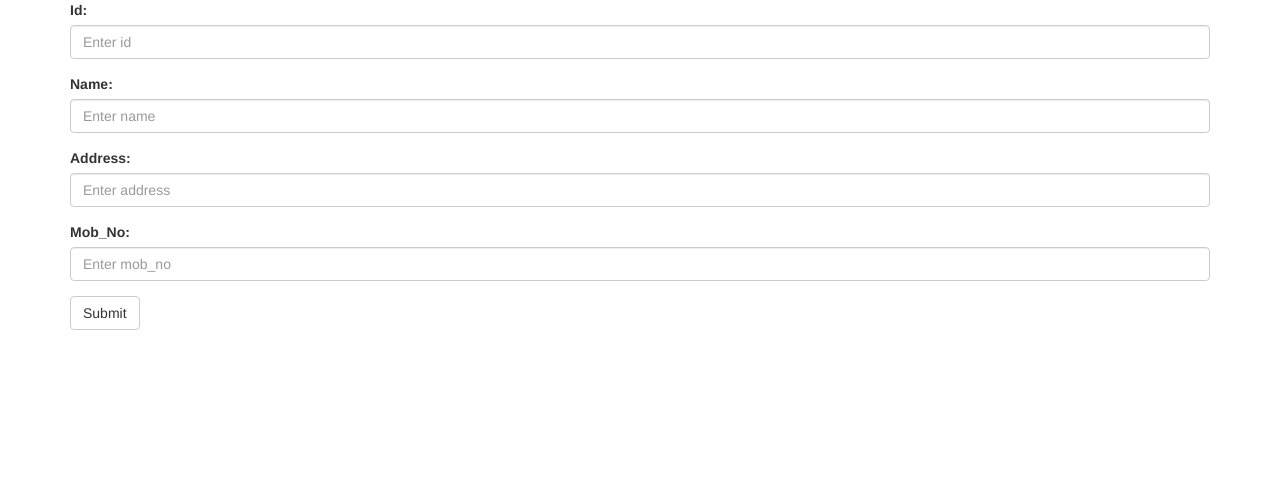
Repository: priyankateli27/priyanka
Page: SirAssignment/src/main/webapp/info.html
An editor plug-in stored every save of this project. The page is shown before and after the next save, followed by the edit.
The browser window is 1280 px wide. The pictures show the whole page.

Above is the page before, as saved 2016-07-15 10:28:09.

After the next save:
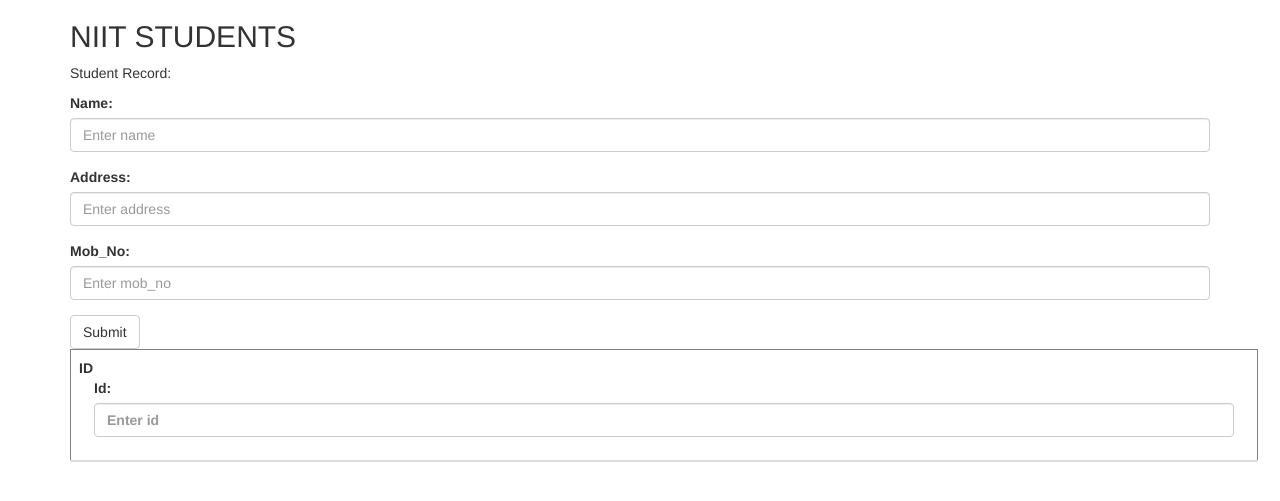
Saved 4 min 58 s later.
--- a/SirAssignment/src/main/webapp/info.html
+++ b/SirAssignment/src/main/webapp/info.html
@@ -11,11 +11,20 @@
 <body>
 
 <div class="container">
+  <h2>NIIT STUDENTS</h2>
+  <p>Student Record:</p>
+  <table class="table" border=1 align="center">
+    <thead>
+      <tr>
+        <th>ID
+
+<div class="container">
   <form role="form">
     <div class="form-group">
       <label for="email">Id:</label>
       <input type="id" class="form-control" id="id" placeholder="Enter id">
     </div>
+    </th>
     <div class="form-group">
       <label for="pwd">Name:</label>
       <input type="name" class="form-control" id="name" placeholder="Enter name">
